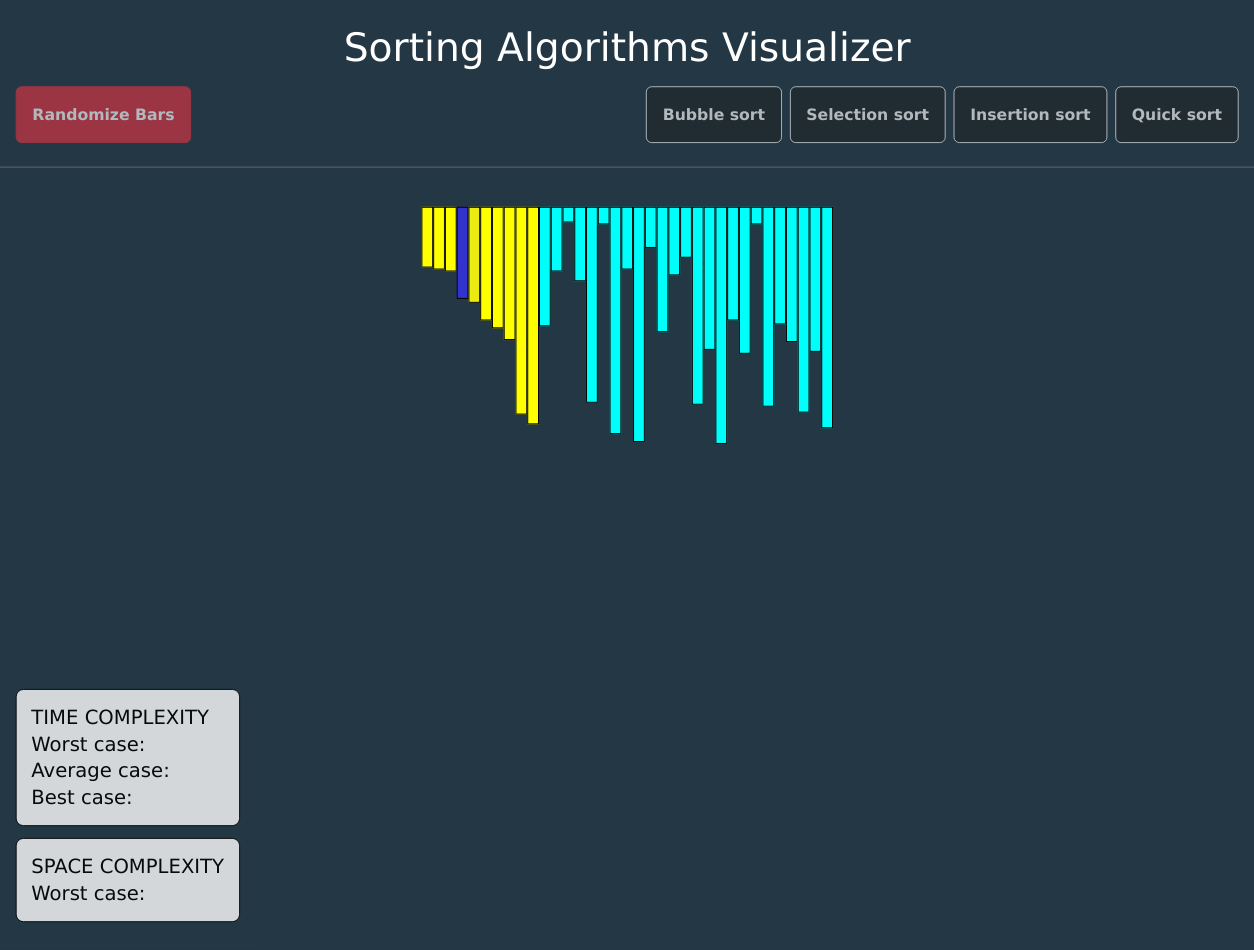
Repository: Vasil1001/Sorting-Algorithms-Visualizer-js
Page: views/index.html
The author's editor kept a copy of each file at every save. The page is drawn from the files as they stood at one save, then again after a run of saves.
The browser window is 1280 px wide. The pictures show the whole page, at 98% of full size.
After loading, the first visible `#insertion_sort` was clicked once.

Above is the page before, as saved 2022-11-04 01:27:48.

### views/index.html
<!doctype html>
<html lang="en">

<head>
  <meta charset="utf-8">
  <meta name="viewport" content="width=device-width, initial-scale=1">

  <title>Sorting Algorithms Visualizer</title>

  <!-- Import css & bootstrap-->
  <link href="https://cdn.jsdelivr.net/npm/bootstrap@5.2.2/dist/css/bootstrap.min.css" rel="stylesheet"
    integrity="sha384-Zenh87qX5JnK2Jl0vWa8Ck2rdkQ2Bzep5IDxbcnCeuOxjzrPF/et3URy9Bv1WTRi" crossorigin="anonymous">
  <link rel="stylesheet" href="/css/base.css">

</head>

<body>

  <h1 align="center" class="mt-4">Sorting Algorithms Visualizer</h1>


  <nav class="navbar navbar-expand-lg">

    <div class="container-fluid">
      <button type="button" class="btn btn-danger mx-1 p-3 " id="new_array" style="color: white;"><b>Randomize Bars </b>
      </button>
      <ul class="navbar-nav">
        <li class="nav-item">
          <button type="button" class="btn btn-dark border-light mx-1 p-3 " id="bubble_sort"
            style="color: white;"><b>Bubble sort</b> </button>
        </li>
        <li class="nav-item">
          <button type="button" class="btn btn-dark border-light mx-1 p-3 " id="selection_sort"
            style="color: rgb(255, 255, 255);">
            <b>Selection sort</b></button>
        </li>
        <li class="nav-item">
          <button type="button" class="btn btn-dark border-light mx-1 p-3 " id="insertion_sort" style="color: white;">
            <b>Insertion sort</b></button>
        </li>
        <li class="nav-item">
          <button type="button" class="btn btn-dark border-light mx-1 p-3 " id="quick_sort" style="color: white;">
            <b>Quick sort</b></button>
        </li>

      </ul>
    </div>
  </nav>

  <hr style="color: white;">

  <div id="bars" class="bars flex-container p-4"></div>

  <div id="boxes">

    <div id="leftbox">
      <div id="box1">
        <h5>TIME COMPLEXITY</h5>
        <div>
          <h5>Worst case: </h5>
          <h5 id="worst_time"></h5>
        </div>
        <div>
          <h5>Average case: </h5>
          <h5 id="average_time"></h5>
        </div>
        <div>
          <h5>Best case: </h5>
          <h5 id="best_time"></h5>
        </div>

      </div>

      <div id="box2">

        <h5>SPACE COMPLEXITY</h5>
        <div>
          <h5>Worst case:</h5>
          <h5 id="space_complexity"></h5></div>
      </div>
    </div>

  </div>


  <!-- Import css & bootstrap-->
  <script src="https://cdn.jsdelivr.net/npm/bootstrap@5.2.2/dist/js/bootstrap.bundle.min.js"
    integrity="sha384-OERcA2EqjJCMA+/3y+gxIOqMEjwtxJY7qPCqsdltbNJuaOe923+mo//f6V8Qbsw3"
    crossorigin="anonymous"></script>

  <script src="/sort_algos_js_files/index.js"></script>

  <script src="/sort_algos_js_files/bubble.js"></script>
  <script src="/sort_algos_js_files/selection.js"></script>
  <script src="/sort_algos_js_files/insertion.js"></script>
  <script src="/sort_algos_js_files/quicksort.js"></script>


</body>

</html>

### css/base.css
body {
    background-color: rgb(35, 55, 68);
    color:white;
    font-size: 18px;
    font-family: 'Lucida Sans', 'Lucida Sans Regular', 'Lucida Grande', 'Lucida Sans Unicode', Geneva, Verdana, sans-serif;
}

.flex-container{
    margin-top: 1px;
    display: flex;
    flex-wrap: nowrap;
    justify-content: center;
    transition: 1.5s all ease;
    width: 100%;
    height: 500px;

}

/* STYLING FOR THE BARS */
.flex-item{
    background: rgb(0, 255, 251);
    border: 1pt solid black;
    width: 12px;
    transition: 0.1s all ease;
}

#leftbox {
    float:left;
    color: black;
    padding: 16px;
}

#box1, #box2 {
    background:white;
    opacity: 0.8;
    border: 1pt solid black;
    border-radius: 8px;
    padding: 15px;
    margin-bottom: 12px;
}

h5 {
    display: inline;
}

### sort_algos_js_files/index.js
let random_array_100 = [];
createBarArray();

function createBarArray() {
    // replace array
    deletePreviousArray()

    // Array to store randomly generated numbers
    random_array_100 = [];
    var numberOfBars = 0;
    let l = 35;

    // get a random number and add it to the array until there are 100 in array
    for (numberOfBars = 0; numberOfBars < l; numberOfBars++) {
        random_array_100.push(Math.round(Math.random() * l * 3.5));
    }
    // print 100 random numbers of the array
    console.log(random_array_100);


    // select the div #bars element
    const bars = document.querySelector("#bars");
    // make bars with height from random array numbers
    for (let i = 0; i < random_array_100.length; i++) {
        // create div bar for each number in the array
        const bar = document.createElement("div");
        bar.style.height = `${random_array_100[i] * 2}px`;
        bar.classList.add('bar');
        bar.classList.add('flex-item');
        bar.classList.add(`barNo${i}`);
        bars.appendChild(bar);
    }
}

function deletePreviousArray() {
    const bar = document.querySelector("#bars");
    bar.innerHTML = '';
}

document.getElementById("new_array").addEventListener("click", function () {
    createBarArray();
});

function swap(element1, element2) {
    //https://www.geeksforgeeks.org/bubble-sort/
    let temp = element1.style.height;
    element1.style.height = element2.style.height;
    element2.style.height = temp;
}

// disable all the buttons or if button is pressed again algo will bug out
function disableButtonsOnSortRun() {
    document.getElementById("new_array").disabled = true;

    document.getElementById("bubble_sort").disabled = true;
    document.getElementById("selection_sort").disabled = true;
    document.getElementById("insertion_sort").disabled = true;
    document.getElementById("quick_sort").disabled = true;
}

function enableButtonsAfterSortRun() {
    document.getElementById("new_array").disabled = false;

    document.getElementById("bubble_sort").disabled = false;
    document.getElementById("selection_sort").disabled = false;
    document.getElementById("insertion_sort").disabled = false;
    document.getElementById("quick_sort").disabled = false;
}

### sort_algos_js_files/bubble.js
async function bubbleSort() {

    //Setting Time complexities
    document.getElementById("worst_time").innerText="O(N^2)";
    document.getElementById("average_time").innerText="Θ(N^2)";
    document.getElementById("best_time").innerText="Ω(N)";

    //Setting Space complexity
    document.getElementById("space_complexity").innerText="O(1)";

    console.log('bubble sort clicked');
    // get the bars from index
    const barsArray = document.querySelectorAll(".bar");

    for (let i = 0; i < barsArray.length - 1; i++) {
        console.log("In first i loop");

        for (j = 0; j < barsArray.length - i - 1; j++) {
            console.log("In j loop");
            barsArray[j].style.background = 'blue';
            barsArray[j + 1].style.background = 'blue';

            if (parseInt(barsArray[j].style.height) > parseInt(barsArray[j + 1].style.height)) {
                console.log("If barsArray 1 > barsArray 2 swap them");
                await new Promise(r => setTimeout(r, 50));
                swap(barsArray[j], barsArray[j + 1]);
            }
            barsArray[j].style.background = 'cyan';
            barsArray[j + 1].style.background = 'cyan';
        }
        barsArray[barsArray.length - 1 - i].style.background = 'pink';
    }
    barsArray[0].style.background = 'pink';
}


document.getElementById("bubble_sort").addEventListener("click", async function () {
    disableButtonsOnSortRun();
    await bubbleSort();
    enableButtonsAfterSortRun();

});

### sort_algos_js_files/selection.js
async function selectionSort() {
    console.log('bubble sort clicked');
    // get the bars from index
    const barsArray = document.querySelectorAll(".bar");

    // One by one move boundary of unsorted subarray
    for (let i = 0; i < barsArray.length; i++) {
        console.log("In first i loop");
        // Find the minimum barsArray in unsorted array
        let min_idx = i;
        //mark the smallest height in blue bar
        barsArray[i].style.background = 'blue';

        for (let j = i + 1; j < barsArray.length; j++) {
            console.log("In j loop");
            // Change color for the current comparision (in consideration for min_index)
            barsArray[j].style.background = 'red';

            await new Promise(r => setTimeout(r, 50));
            if (parseInt(barsArray[j].style.height) < parseInt(barsArray[min_idx].style.height)) {
                console.log("If barsArray 1 < current smallest barsArray change current smalest");
                if (min_idx !== i) {
                    //  there is a new minimum so change last to normal cyan
                    barsArray[min_idx].style.background = 'cyan';
                }
                min_idx = j;
            }
            else {
                barsArray[j].style.background = 'cyan';
            }
        }
        await new Promise(r => setTimeout(r, 50));
        swap(barsArray[min_idx], barsArray[i]);

        // color mid index blue after reset as it has been swapped
        barsArray[min_idx].style.background = 'cyan';

        // change the sorted bar color to green
        barsArray[i].style.background = 'green';
    }
}


document.getElementById("selection_sort").addEventListener("click", async function () {
    disableButtonsOnSortRun();
    await selectionSort();
    enableButtonsAfterSortRun();

});

### sort_algos_js_files/insertion.js
async function insertionSort() {
    console.log('insertion sort clicked');


    // get the bars from index
    const barsArray = document.querySelectorAll(".bar");
    barsArray[0].style.background = 'green';

    for (let i = 1; i < barsArray.length; i++) {
        console.log("In first i loop");

        let key = barsArray[i].style.height;
        let j = i -1;

        barsArray[i].style.background = 'blue';

        await new Promise(r => setTimeout(r, 50));

        while (j >= 0 && (parseInt(barsArray[j].style.height) > parseInt(key))) {
            console.log("In j loop");
            barsArray[j].style.background = 'blue';
            barsArray[j + 1].style.height = barsArray[j].style.height;
            j--;

            await new Promise(r => setTimeout(r, 50));

            // color sorted side
            for(let k = i; k >= 0; k--){
                barsArray[k].style.background = 'yellow';
            }
        }
        barsArray[j + 1].style.height = key;
        barsArray[i].style.background = 'yellow';

    }
}


document.getElementById("insertion_sort").addEventListener("click", async function () {
    disableButtonsOnSortRun();
    await insertionSort();
    enableButtonsAfterSortRun();

});

### sort_algos_js_files/quicksort.js
async function quickSort() {
    console.log('quicksort clicked');
    // get the bars from index
    const barsArray = document.querySelectorAll(".bar");
    barsArray[0].style.background = 'green';

    let pivot = barsArray
    for (let i = 1; i < barsArray.length; i++) {
        console.log("In first i loop");

        let key = barsArray[i].style.height;
        let j = i - 1;

        barsArray[i].style.background = 'blue';

        await new Promise(r => setTimeout(r, 50));

        while (j >= 0 && (parseInt(barsArray[j].style.height) > parseInt(key))) {
            console.log("In j loop");
            barsArray[j].style.background = 'blue';
            barsArray[j + 1].style.height = barsArray[j].style.height;
            j--;

            await new Promise(r => setTimeout(r, 50));

            // color sorted side
            for (let k = i; k >= 0; k--) {
                barsArray[k].style.background = 'yellow';
            }
        }
        barsArray[j + 1].style.height = key;
        barsArray[i].style.background = 'yellow';

    }
}

async function partition(barsArray, low, high) {
    let i = (low - 1);

    barsArray[high].style.background = 'red';

    for (let j = low; j <= high - 1; j++) {
        barsArray[j].style.background = 'yellow';

        await new Promise(r => setTimeout(r, 50));

        if (parseInt(barsArray[j].style.height) < parseInt(barsArray[high].style.height)) {
            i++;
            swap(barsArray[i], barsArray[j]);

            barsArray[i].style.background = 'orange';
            await new Promise(r => setTimeout(r, 50));
        } else {
            // color if not less than pivot
            barsArray[j].style.background = 'blue';
        }
    }
    i++;
    await new Promise(r => setTimeout(r, 50));
    swap(barsArray[i], barsArray[high])

    barsArray[high].style.background = 'blue';
    barsArray[low].style.background = 'green';

    await new Promise(r => setTimeout(r, 50));

    // color
    for (let k = 0; k < barsArray.length; k++) {
        if (barsArray[k].style.background != 'green')
            barsArray[k].style.background = 'green';
    }
    return i;
}

async function quickSort(barsArray, low, high) {
    if (low < high) {
        let pivot_index = await partition(barsArray, low, high);
        await quickSort(barsArray, low, pivot_index - 1);
        await quickSort(barsArray, pivot_index + 1, high);
    } else {
        if (low >= 0 && high >= 0 && low < barsArray.length && high < barsArray.length) {
            barsArray[high].style.background = 'green';
            barsArray[low].style.background = 'green';
        }
    }
}

document.getElementById("quick_sort").addEventListener("click", async function () {
    let barsArray = document.querySelectorAll('.bar');
    let low = 0;
    let high = barsArray.length - 1;

    disableButtonsOnSortRun();
    await quickSort(barsArray, low, high);
    enableButtonsAfterSortRun();
});

After the next 2 saves:
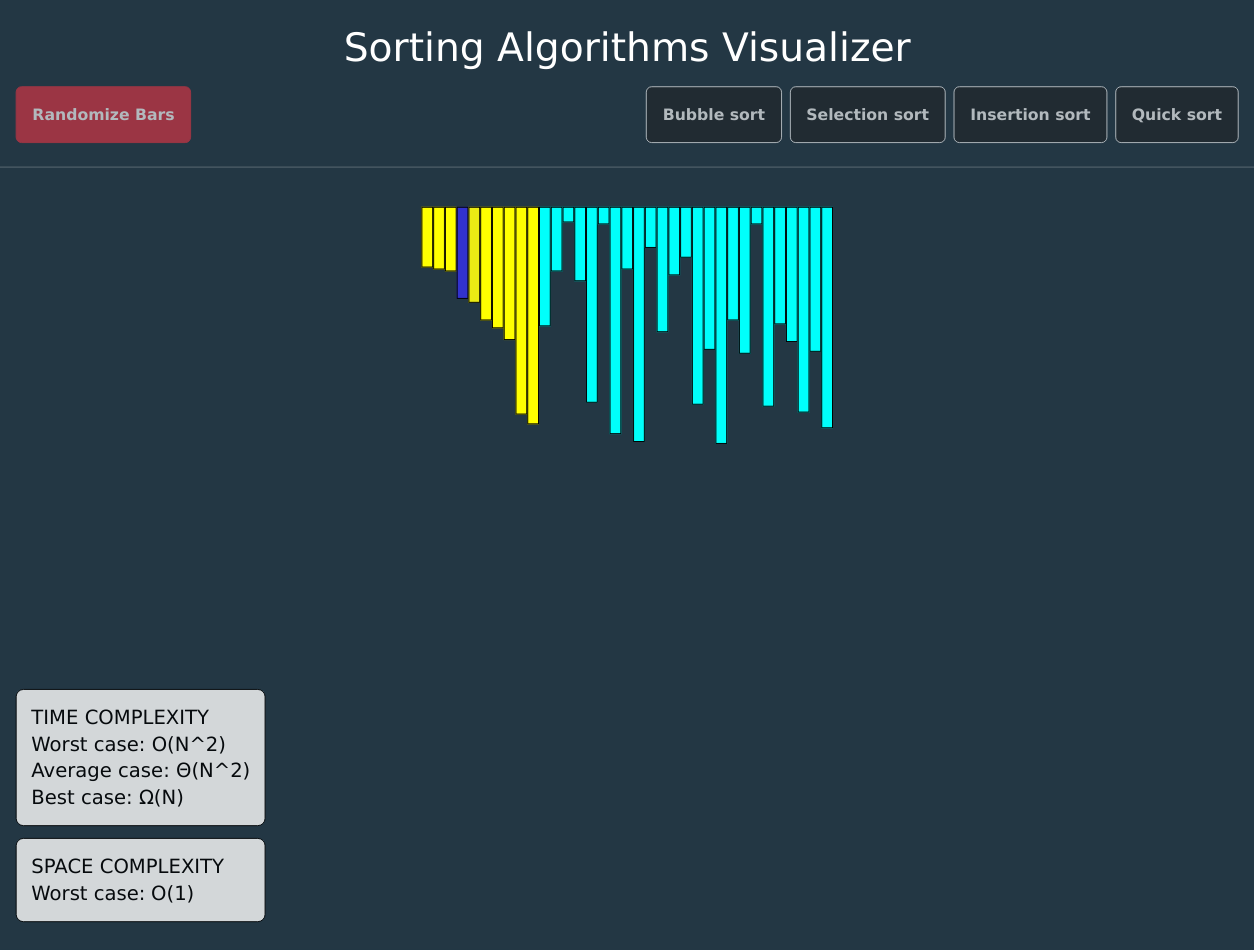
The 2 saves are shown as one change because they came seconds apart.
The last was saved 6 s later.
--- a/sort_algos_js_files/insertion.js
+++ b/sort_algos_js_files/insertion.js
@@ -1,6 +1,14 @@
 async function insertionSort() {
+
+    //Setting Time complexities
+    document.getElementById("worst_time").innerText = "O(N^2)";
+    document.getElementById("average_time").innerText = "Θ(N^2)";
+    document.getElementById("best_time").innerText = "Ω(N)";
+
+    //Setting Space complexity
+    document.getElementById("space_complexity").innerText = "O(1)";
+
     console.log('insertion sort clicked');
-
 
     // get the bars from index
     const barsArray = document.querySelectorAll(".bar");
@@ -10,7 +18,7 @@ async function insertionSort() {
         console.log("In first i loop");
 
         let key = barsArray[i].style.height;
-        let j = i -1;
+        let j = i - 1;
 
         barsArray[i].style.background = 'blue';
 
@@ -25,7 +33,7 @@ async function insertionSort() {
             await new Promise(r => setTimeout(r, 50));
 
             // color sorted side
-            for(let k = i; k >= 0; k--){
+            for (let k = i; k >= 0; k--) {
                 barsArray[k].style.background = 'yellow';
             }
         }
